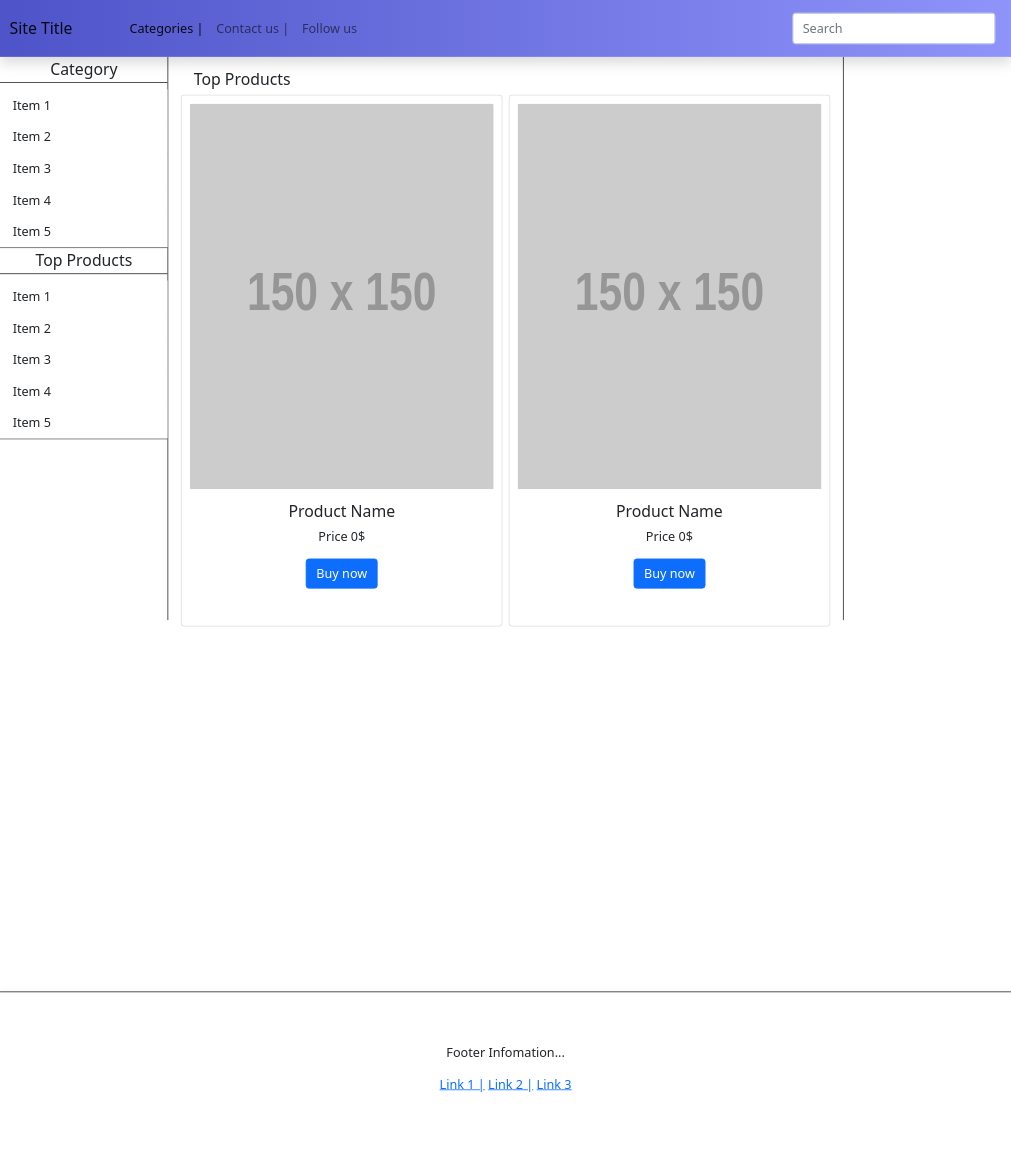
Repository: ttranhhoang/layoutBS
Page: layoutBS2/index.html
The author's editor kept a copy of each file at every save. The page is drawn from the files as they stood at one save, then again after a run of saves.
The browser window is 1280 px wide. The pictures show the whole page, at 79% of full size.

Above is the page before, as saved 2022-04-24 23:20:12.

After the next 4 saves:
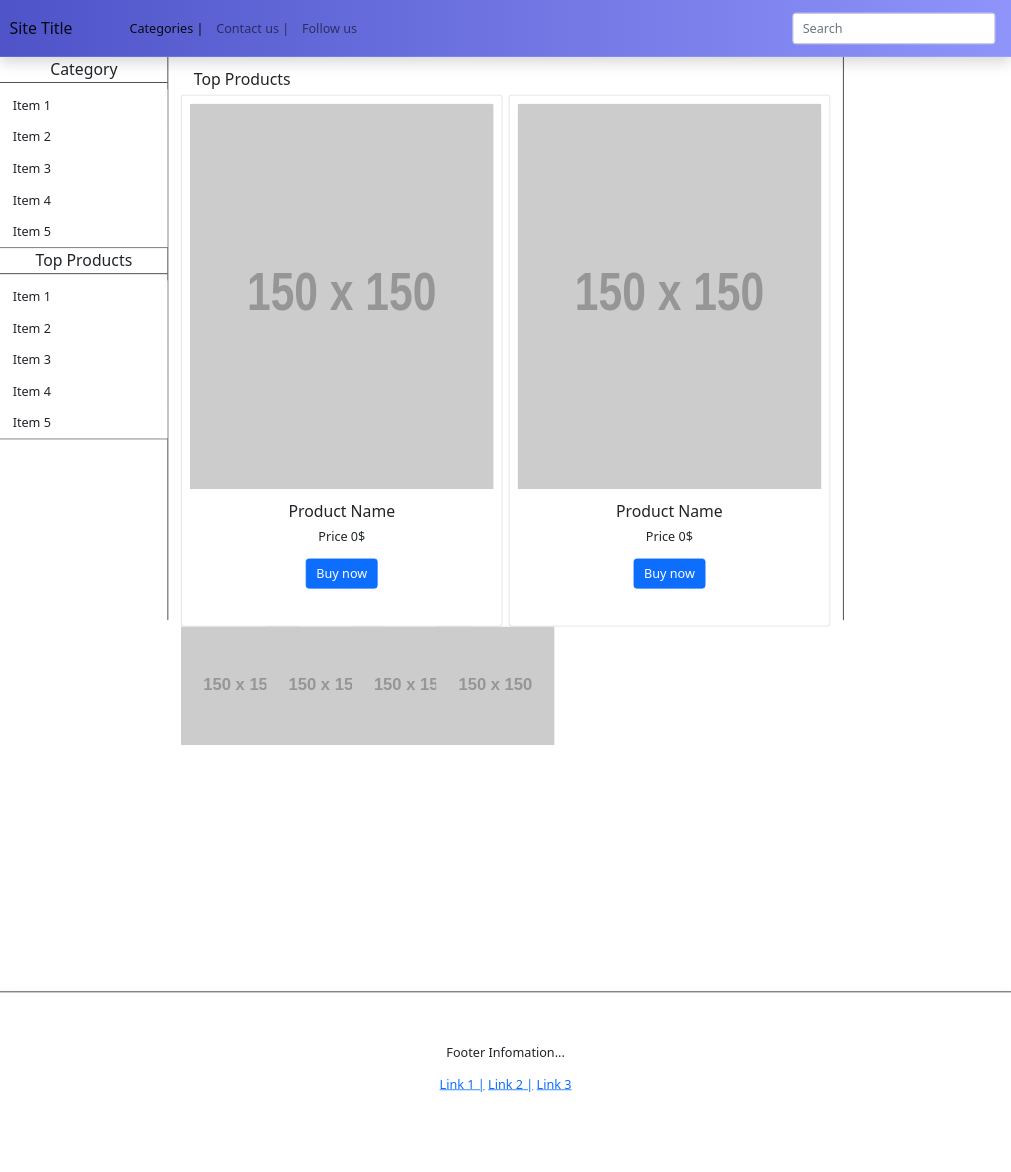
The 4 saves are shown as one change because they came seconds apart.
The last was saved 19 s later.
--- a/layoutBS2/index.html
+++ b/layoutBS2/index.html
@@ -124,16 +124,16 @@
               </div>
               <div class="row">
                 <div class="col-md-3">
-                  <img src="" alt="" />
+                  <img src="https://via.placeholder.com/150" alt="" />
                 </div>
                 <div class="col-md-3">
-                  <img src="" alt="" />
+                  <img src="https://via.placeholder.com/150" alt="" />
                 </div>
                 <div class="col-md-3">
-                  <img src="" alt="" />
+                  <img src="https://via.placeholder.com/150" alt="" />
                 </div>
                 <div class="col-md-3">
-                  <img src="" alt="" />
+                  <img src="https://via.placeholder.com/150" alt="" />
                 </div>
               </div>
             </div>
